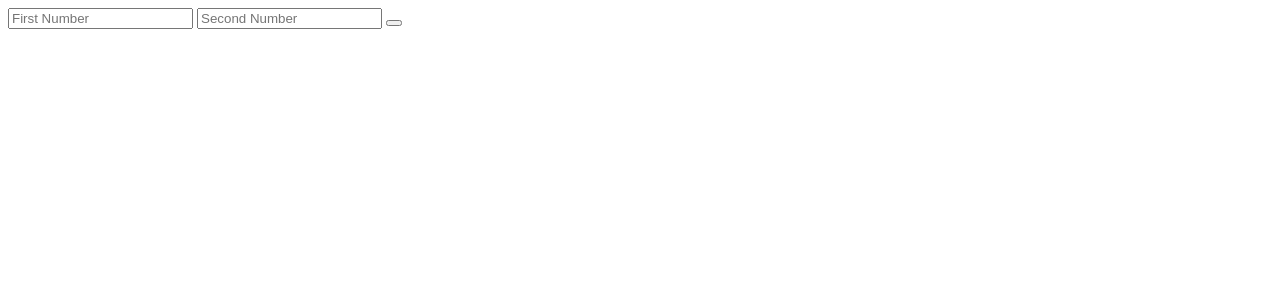
Repository: yoriss67/Folder-The-Complete-2023Web-Development-Bootcamp
Page: Calculator/index.html
The author's editor kept a copy of each file at every save. The page is drawn from the files as they stood at one save, then again after the next save.
The browser window is 1280 px wide. The pictures show the whole page.

Above is the page before, as saved 2022-12-21 21:37:37.

### Calculator/index.html
<!DOCTYPE html>
<html lang="en">
<head>
    <meta charset="UTF-8">
    <meta http-equiv="X-UA-Compatible" content="IE=edge">
    <meta name="viewport" content="width=device-width, initial-scale=1.0">
    <title>Calculator</title>
</head>
<body>

    <form action="index.html">
        <!-- 👩‍🎓name は variable的な -->
        <input type="text" name="num1" placeholder="First Number">
        <input type="text" name="num2" placeholder="Second Number">
        <button type="submit" name="submit"></button>
    </form>
</body>
</html>

After the next save:
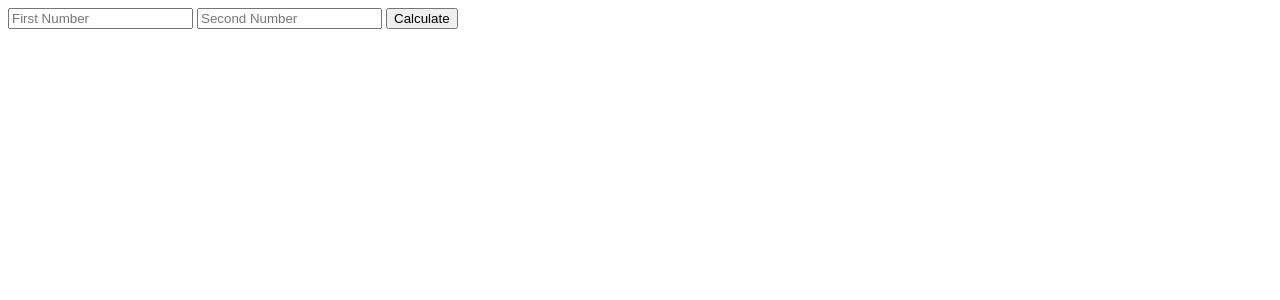
Saved 4 s later.
--- a/Calculator/index.html
+++ b/Calculator/index.html
@@ -12,7 +12,7 @@
         <!-- 👩‍🎓name は variable的な -->
         <input type="text" name="num1" placeholder="First Number">
         <input type="text" name="num2" placeholder="Second Number">
-        <button type="submit" name="submit"></button>
+        <button type="submit" name="submit">Calculate</button>
     </form>
 </body>
 </html>
